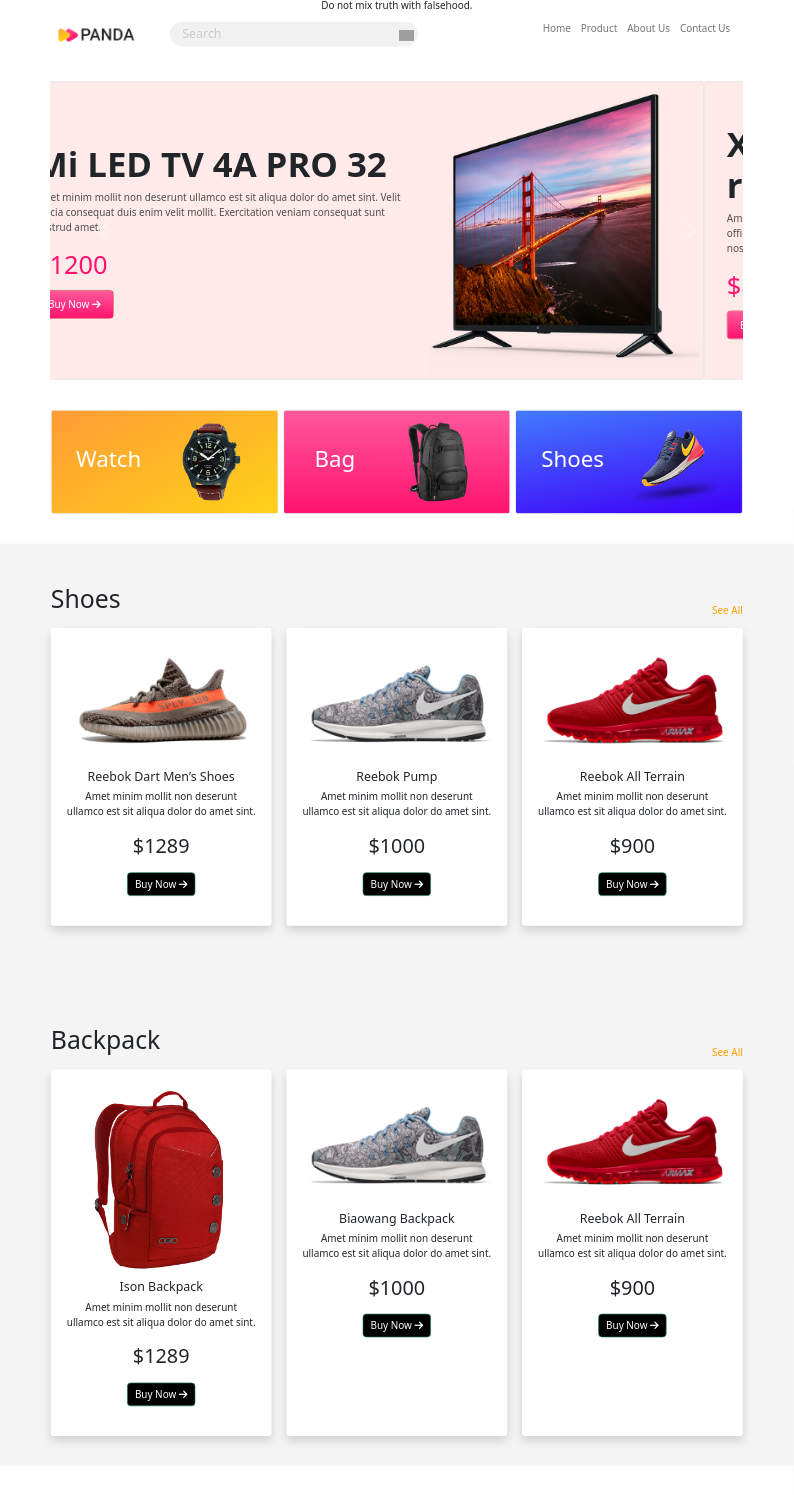
Repository: zjria/panda-e-commerce-
Page: index.html
The author's editor kept a copy of each file at every save. The page is drawn from the files as they stood at one save, then again after the next save.
The browser window is 1280 px wide. The pictures show the whole page, at 62% of full size.
Pictures or frames that could not be fetched are drawn as grey boxes.

Above is the page before, as saved 2022-10-04 10:14:27.

After the next save:
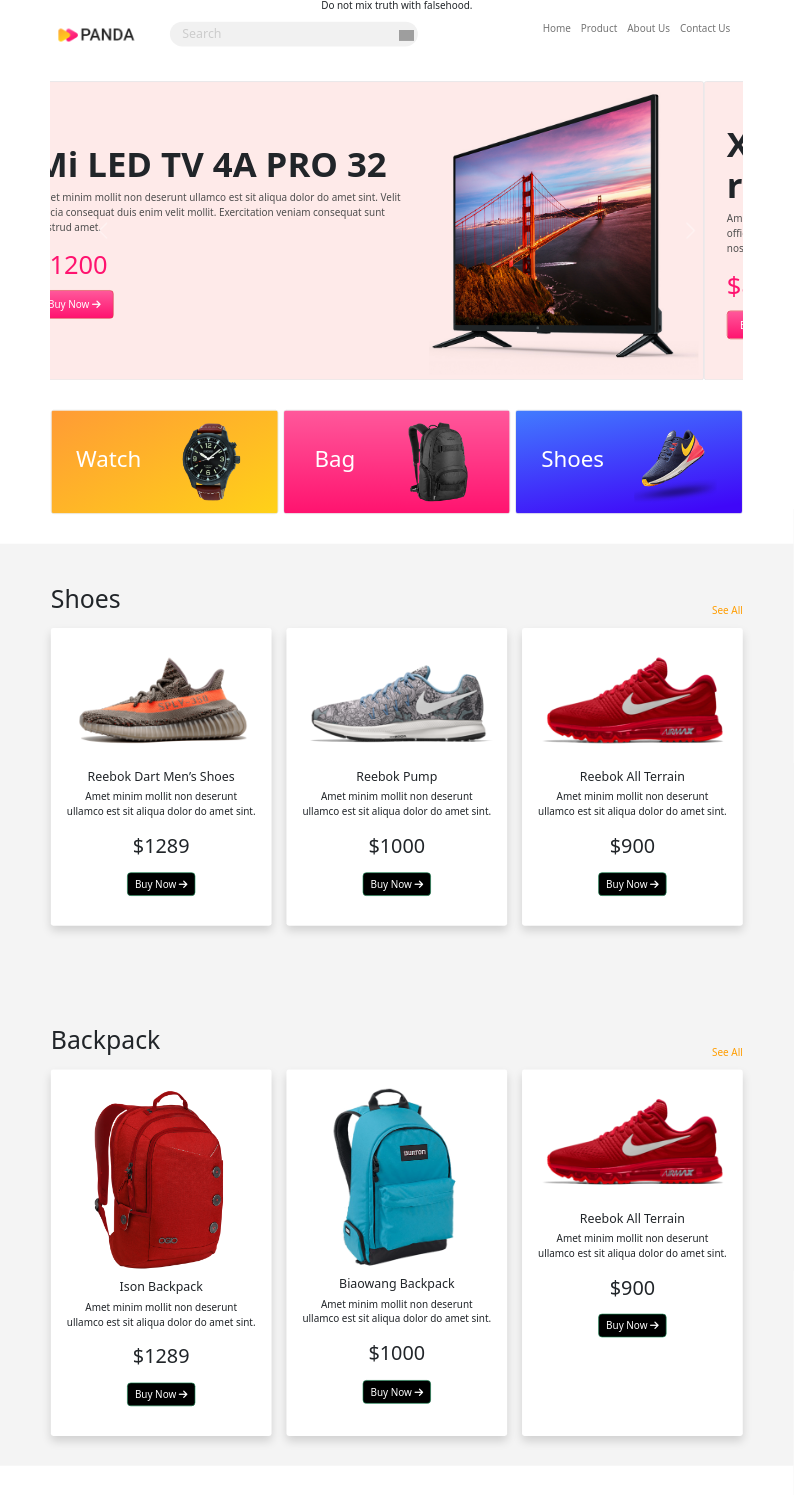
Saved 13 s later.
--- a/index.html
+++ b/index.html
@@ -237,7 +237,7 @@
                     </div>
                     <div class="col">
                         <div class="card h-100 border border-0 shadow p-2 mb-4 bg-body rounded">
-                            <img src="images/shoes/shoe-2.png" class="card-img-top" alt="...">
+                            <img src="images/bags/bag-2.png" class="card-img-top" alt="...">
                             <div class="card-body text-center">
                                 <h5 class="card-title">Biaowang Backpack</h5>
                                 <p class="card-text ">Amet minim mollit non deserunt ullamco est sit aliqua dolor do
